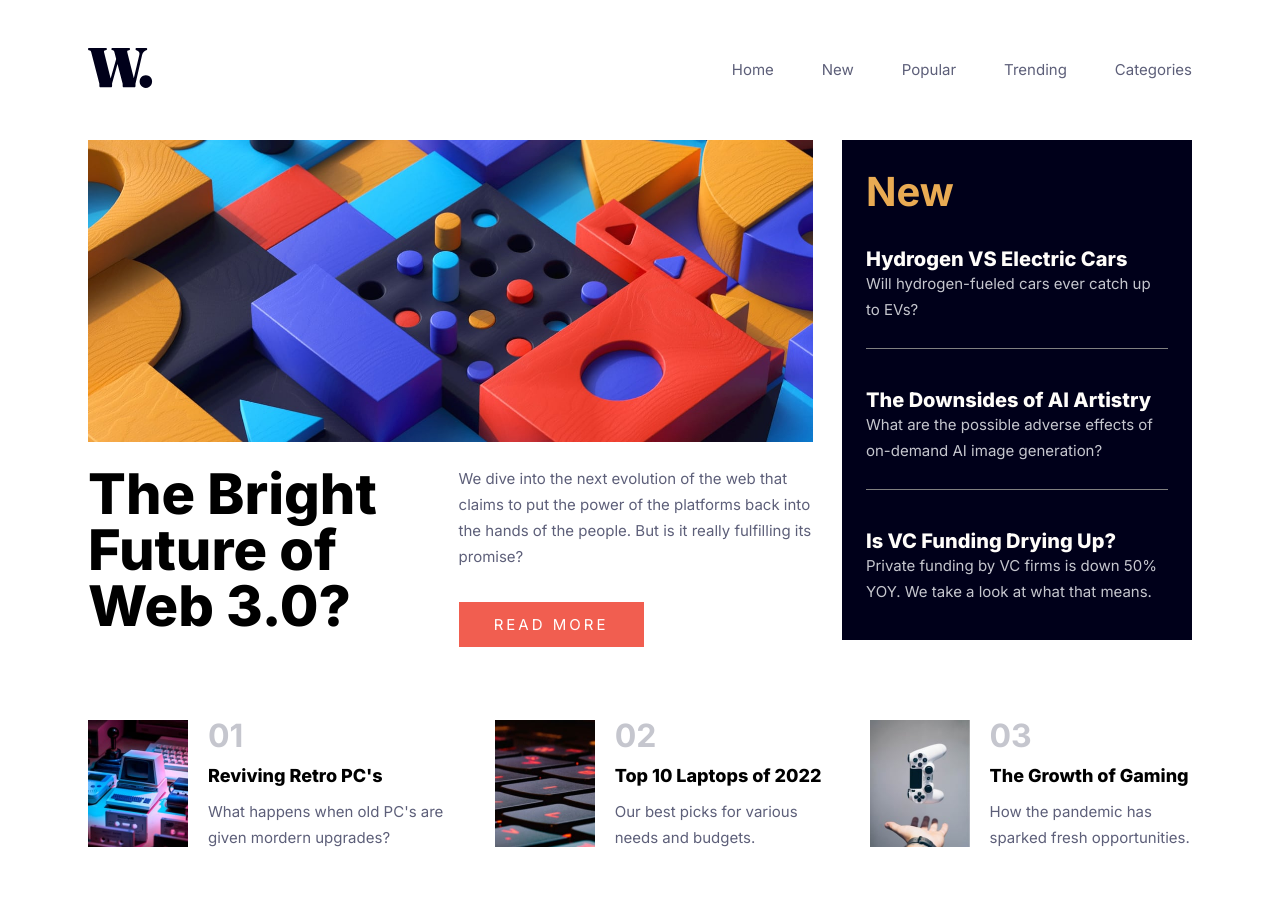
Repository: DevAntonioRogers/FrontendMentor-News-Homepage
Page: index.html
The author's editor kept a copy of each file at every save. The page is drawn from the files as they stood at one save, then again after the next save.
The browser window is 1280 px wide. The pictures show the whole page.

Above is the page before, as saved 2023-04-24 02:49:29.

### index.html
<!DOCTYPE html>
<html lang="en">
  <head>
    <meta charset="UTF-8" />
    <meta http-equiv="X-UA-Compatible" content="IE=edge" />
    <meta name="viewport" content="width=device-width, initial-scale=1.0" />
    <link rel="stylesheet" href="styles.css" />
    <title>Document</title>
  </head>
  <body>
    <nav>
      <div class="logo">
        <img src="./assets/logo.svg" alt="logo" />
      </div>
      <ul class="nav-menu">
        <li>Home</li>
        <li>New</li>
        <li>Popular</li>
        <li>Trending</li>
        <li>Categories</li>
      </ul>
      <div class="mobile-icons">
        <img id="hamburger-icon" src="./assets/icon-menu.svg" alt="" />
        <img id="close-icon" src="./assets/icon-menu-close.svg" alt="" />
      </div>
    </nav>

    <section class="hero">
      <div class="left">
        <picture>
          <source srcset="assets/image-web-3-mobile.jpg" media="(max-width: 768px)" />
          <img src="assets/image-web-3-desktop.jpg" alt="banner" />
        </picture>
        <article class="hero-article">
          <div class="hero-article-left">
            <h1>The Bright Future of Web 3.0?</h1>
          </div>
          <div class="hero-article-right">
            <div>
              <p>
                We dive into the next evolution of the web that claims to put the power of the platforms back into the
                hands of the people. But is it really fulfilling its promise?
              </p>
              <button>Read More</button>
            </div>
          </div>
        </article>
      </div>
      <div class="right">
        <h1>New</h1>

        <div>
          <h3>Hydrogen VS Electric Cars</h3>
          <p>Will hydrogen-fueled cars ever catch up to EVs?</p>
        </div>

        <div>
          <h3>The Downsides of AI Artistry</h3>
          <p>What are the possible adverse effects of on-demand AI image generation?</p>
        </div>

        <div>
          <h3>Is VC Funding Drying Up?</h3>
          <p>Private funding by VC firms is down 50% YOY. We take a look at what that means.</p>
        </div>
      </div>
    </section>

    <section class="articles">
      <article>
        <div class="article-image">
          <img src="/assets/image-retro-pcs.jpg" alt="" />
        </div>
        <div class="article-info">
          <h1>01</h1>
          <h3>Reviving Retro PC's</h3>
          <p>What happens when old PC's are given mordern upgrades?</p>
        </div>
      </article>

      <article>
        <div class="article-image">
          <img src="/assets/image-top-laptops.jpg" alt="" />
        </div>
        <div class="article-info">
          <h1>02</h1>
          <h3>Top 10 Laptops of 2022</h3>
          <p>Our best picks for various needs and budgets.</p>
        </div>
      </article>

      <article>
        <div class="article-image">
          <img src="/assets/image-gaming-growth.jpg" alt="" />
        </div>
        <div class="article-info">
          <h1>03</h1>
          <h3>The Growth of Gaming</h3>
          <p>How the pandemic has sparked fresh opportunities.</p>
        </div>
      </article>
    </section>
    <script src="./app.js"></script>
  </body>
</html>

### styles.css
@import url("https://fonts.googleapis.com/css2?family=Inter:wght@400;700;800&display=swap");

* {
  box-sizing: border-box;
  margin: 0;
  padding: 0;
  font-family: "Inter", sans-serif;
}

/* img{
  width: 100%;
  height: 100%;
} */

body {
  max-width: 1200px;
  margin: auto;
  padding: 3rem;
}

a {
  text-decoration: none;
}

li {
  list-style: none;
}

/* NAVBAR STYLES */

nav {
  display: flex;
  justify-content: space-between;
  align-items: center;
  position: relative;
}

.nav-menu {
  display: flex;
  gap: 3rem;
}

.nav-menu li {
  color: hsl(236, 13%, 42%);
  font-weight: 400;
  font-size: 15px;
  line-height: 26px;
}

.mobile-icons {
  display: none;
}

#hamburger-icon {
  display: none;
}

#close-icon {
  display: none;
}

/* HERO STYLES */

.hero {
  display: flex;
  justify-content: center;
  gap: 1.8rem;
  margin-top: 3rem;
  max-height: 500px;
}

.left {
  display: flex;
  flex-direction: column;
}

.left img {
  max-width: 100%;
  height: 100%;
}

.hero-article {
  display: grid;
  grid-template-columns: 1fr 1fr;
  margin-top: 1.5rem;
  gap: 1rem;
  height: auto;
}

.hero-article h1 {
  font-weight: 800;
  font-size: 56px;
  line-height: 56px;
}

.hero-article button {
  color: white;
  background-color: hsl(5, 85%, 63%);
  width: 185px;
  padding: 0.8rem;
  font-size: 15px;
  letter-spacing: 3px;
  text-transform: uppercase;
  border: none;
}

.hero-article p {
  font-weight: 400;
  font-size: 15px;
  line-height: 26px;
  color: hsl(236, 13%, 42%);
  margin-bottom: 2rem;
}

.hero-article-right div {
  display: flex;
  flex-direction: column;
}

.right {
  background-color: hsl(240, 100%, 5%);
  color: white;
  padding: 2rem 1.5rem;
  display: flex;
  flex-direction: column;
  gap: 2rem;
  min-width: 350px;
}

.right h1 {
  font-size: 40px;
  color: hsl(35, 77%, 62%);
  line-height: 40px;
  font-weight: 700;
}

.right h3 {
  font-weight: 800;
  font-size: 20px;
  line-height: 24px;
  color: hsl(36, 100%, 99%);
}

.right p {
  font-weight: 400;
  font-size: 15px;
  line-height: 26px;
  color: hsl(233, 8%, 79%);
}

.right div {
  margin: auto;
  border-bottom: solid 1px grey;
  padding-bottom: 25px;
}

.right div:nth-child(4) {
  border: none;
  padding-bottom: 0;
}

/* ARTICLE STYLES */

.articles {
  display: flex;
  justify-content: space-between;
  width: 100%;
  margin-top: 5rem;
  gap: 3rem;
}

.articles img {
  width: 100px;
}

.articles article {
  display: flex;
  gap: 20px;
}

.article-info {
  display: flex;
  flex-direction: column;
  justify-content: space-between;
}
.article-info h1 {
  font-weight: 700;
  font-size: 32px;
  line-height: 32px;
  color: hsl(233, 8%, 79%);
}

.article-info h3 {
  font-weight: 800;
  font-size: 18px;
  line-height: 24px;
  white-space: nowrap;
}

.article-info p {
  font-weight: 400;
  font-size: 15px;
  line-height: 26px;
  color: hsl(236, 13%, 42%);
}

@media only screen and (max-width: 768px) {
  body {
    padding: 2rem;
  }
  .nav-menu {
    flex-direction: column;
    justify-content: center;
    position: absolute;
    top: 0;
    right: -1100rem;
    background-color: white;
    width: 100%;
    height: 100%;
    padding: 0 1rem;
    gap: 1.5rem;
  }

  .nav-menu.active {
    right: -11rem;
  }

  .nav-menu li {
    font-weight: 400;
    font-size: 18px;
    line-height: 24px;
  }

  .mobile-icons {
    display: block;
  }

  #hamburger-icon {
    display: block;
  }

  #hamburger-icon.active {
    display: none;
  }

  #close-icon.active {
    position: relative;
    z-index: 99;
    display: block;
  }
}

### app.js
const hamburger = document.getElementById('hamburger-icon')
const close = document.getElementById('close-icon')
const menu = document.querySelector('.nav-menu')

hamburger.addEventListener('click', () => {
  hamburger.classList.toggle('active')
  close.classList.toggle('active')
  menu.classList.toggle('active')
})

close.addEventListener('click', () => {
  hamburger.classList.remove('active')
  close.classList.remove('active')
  menu.classList.remove('active')
})

After the next save:
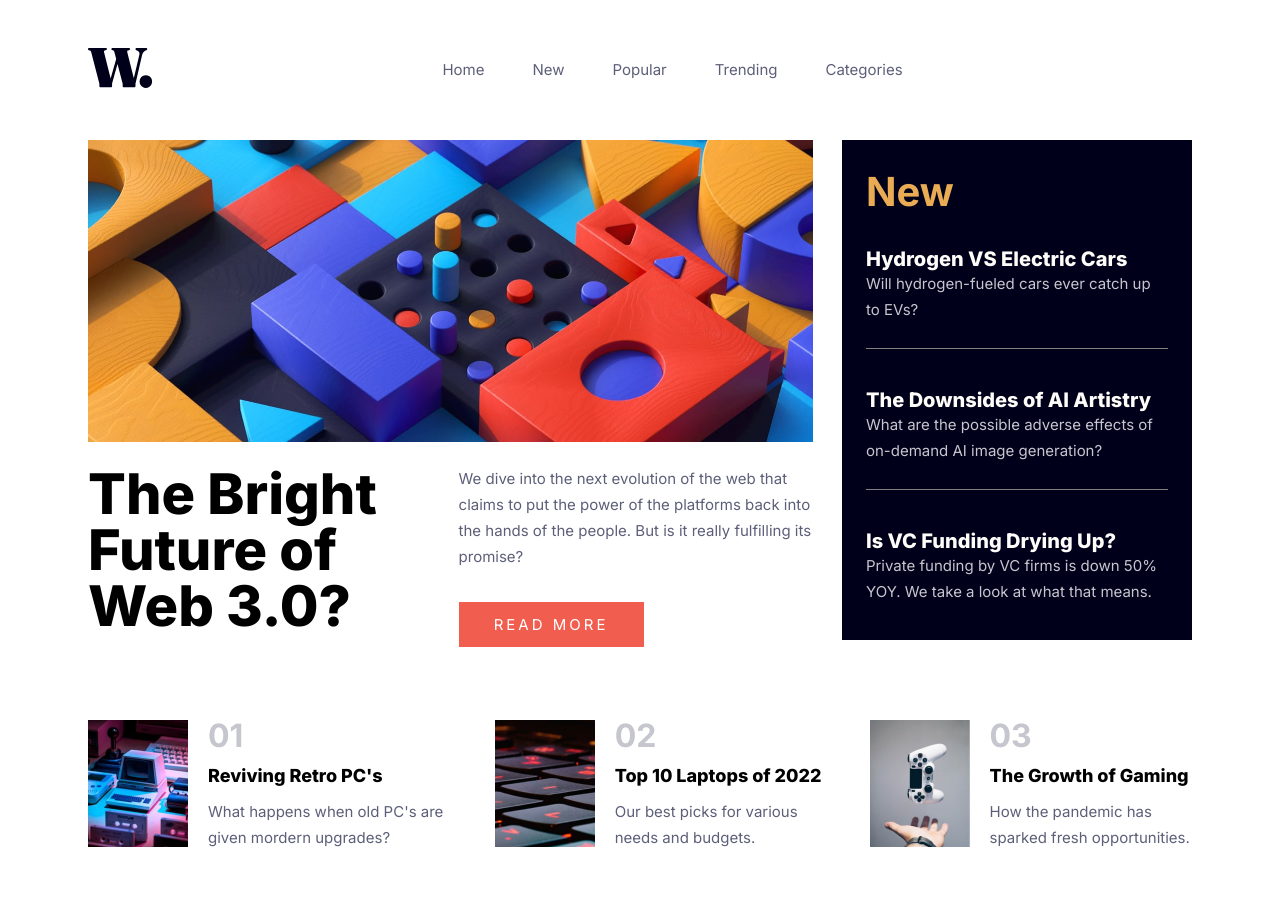
Saved 24 s later.
--- a/styles.css
+++ b/styles.css
@@ -45,10 +45,6 @@ nav {
   font-weight: 400;
   font-size: 15px;
   line-height: 26px;
-}
-
-.mobile-icons {
-  display: none;
 }
 
 #hamburger-icon {
